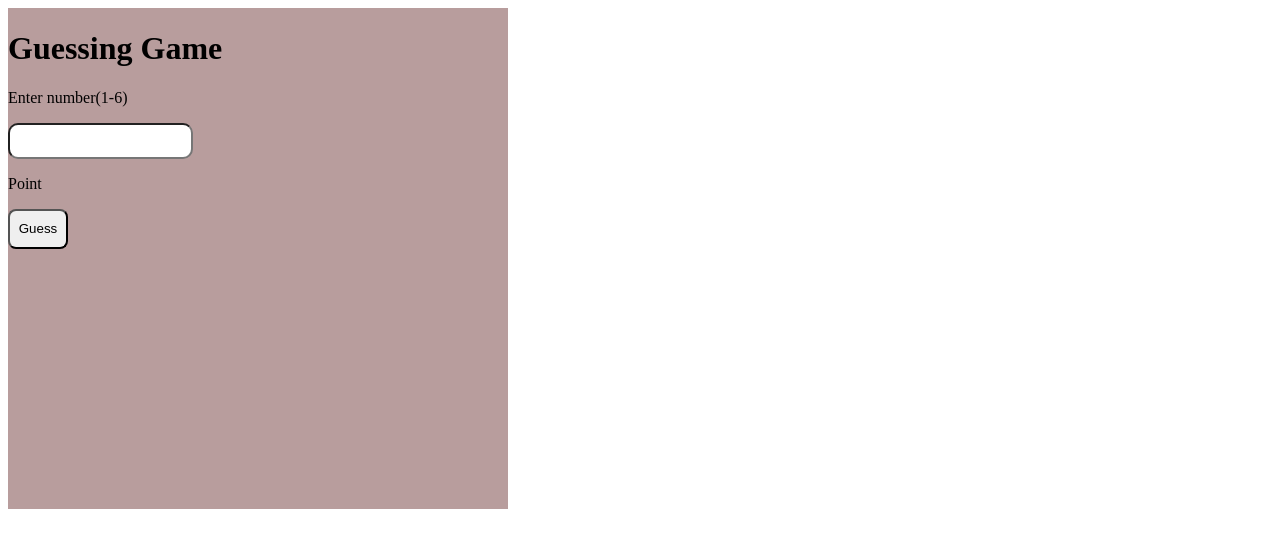
Repository: sedashahnazaryan/Guessing-Game
Page: index.html
These files come from the project's save history. The page is drawn as it stood at one moment and after a run of saves; the edit follows.
The browser window is 1280 px wide. The pictures show the whole page.

Above is the page before, as saved 2022-02-23 19:35:33.

After the next 2 saves:
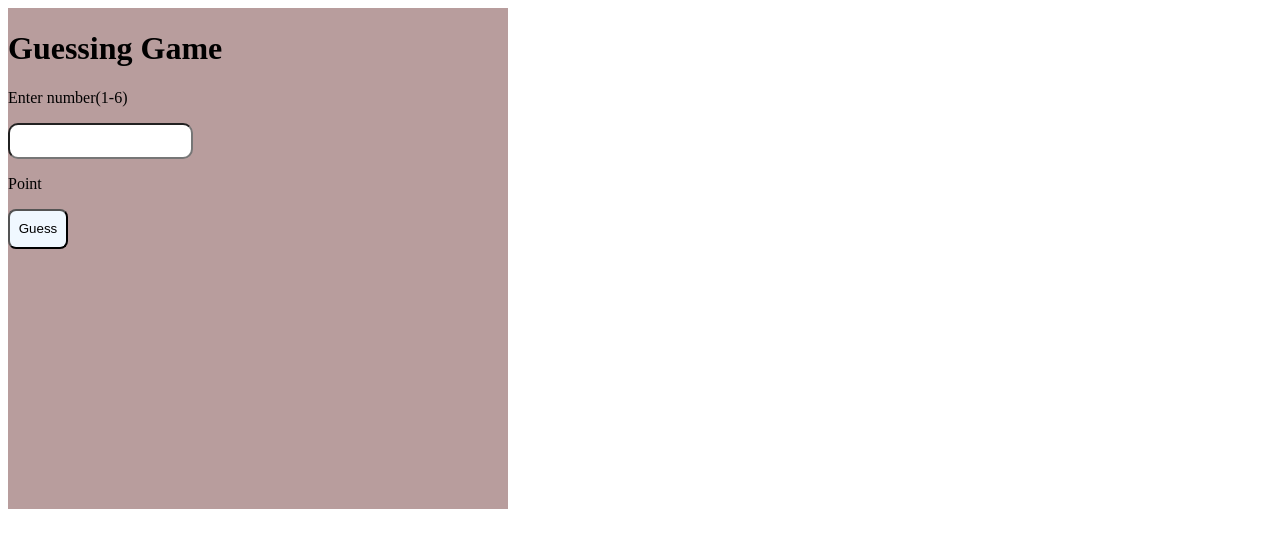
The 2 saves are shown as one change because they came seconds apart.
The last was saved 7 s later.
--- a/index.css
+++ b/index.css
@@ -13,5 +13,5 @@
     height: 40px;
     width: 60px;
     border-radius: 8px;
-    b
+    background-color: aliceblue;
 }
